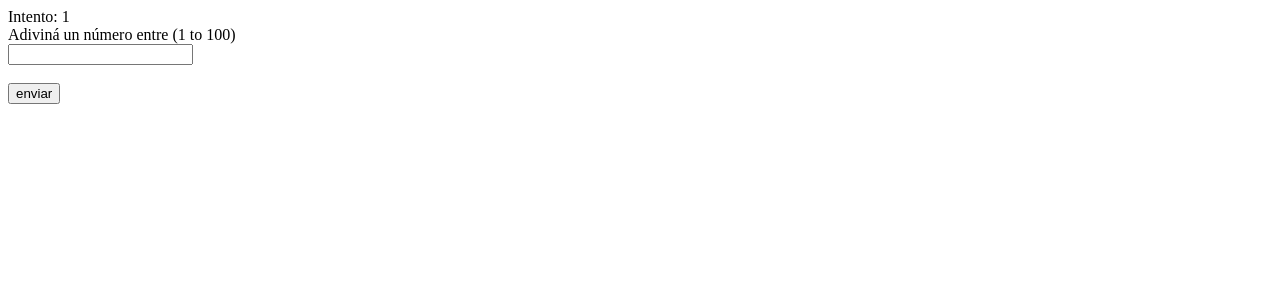
Repository: gentilmente/guess-number
Page: http://localhost/adivinarNumero.php
The author's editor kept a record of every edit. The page is drawn from the files as they stood at one moment, then again after the next edit.
The browser window is 1280 px wide. The pictures show the whole page.
The page is run by PHP 8.4 with error messages shown; the project is at /var/www/html/.

Above is the page before.

After the next edit:
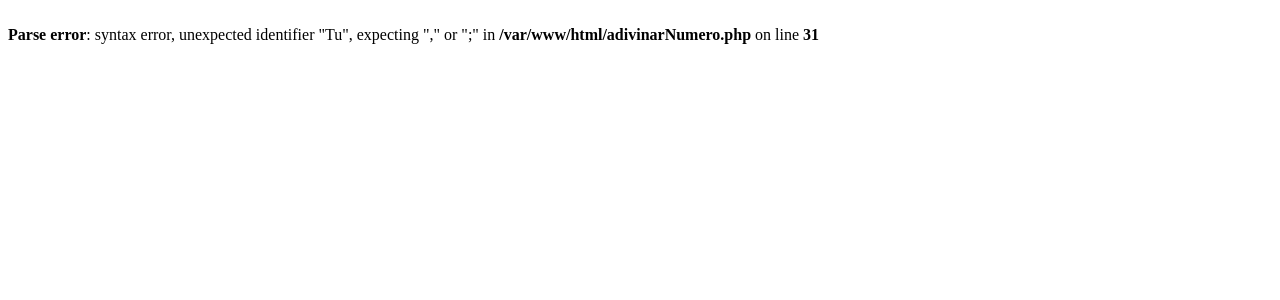
The edit:
--- a/adivinarNumero.php
+++ b/adivinarNumero.php
@@ -28,7 +28,7 @@
     if ($count < 4) {
         if (isset ($_POST['number'])) {
             if ($random < $respuesta)
-                echo "\n"." Tu respuesta es mayor que el número.";
+                echo "" Tu respuesta es mayor que el número.";
             else
                 echo "\n"." Tu respuesta es menor que el número";
         }
